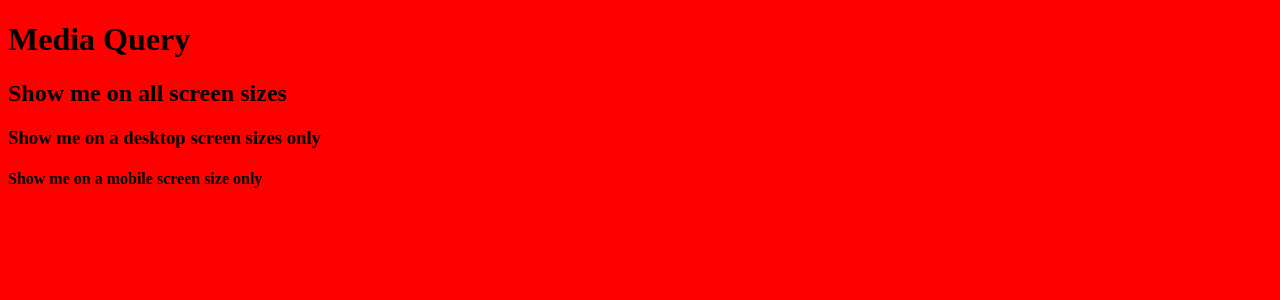
Repository: UnegbuAbigail/3-columns-cards
Page: mediaquery.html
These files come from the project's save history. The page is drawn as it stood at one moment and after the next save; the edit follows.
The browser window is 1280 px wide. The pictures show the whole page.

Above is the page before, as saved 2024-08-03 15:34:49.

### mediaquery.html
<!DOCTYPE html>
<html lang="en">
<head>
    <meta charset="UTF-8">
    <meta name="viewport" content="width=device-width, initial-scale=1.0">
    <title>mediaquery.html</title>
    <link rel="stylesheet" href="mediaquery.css">
</head>
<body>
    <main>
        <h1>Media Query</h1>
        <h2>Show me on all screen sizes</h2>
        <h3>Show me on a desktop screen sizes only</h3>
        <h4>Show me on a mobile screen size only</h4>
    </main>


</body>
</html>

### mediaquery.css
body{
    background-color: red;
}



/* max-width */
/* @media(max-width:768px){
body{
    background-color: pink;
}
}
@media(max-width:425px){
body{
    background-color: blue;
}
}
@media(max-width:375px){
body{
    background-color: purple;
}
} */
/* min-width */
/* @media(min-width:425px){
body{
    background-color: green;
}
}
@media(min-width:768px){
body{
    background-color: blue;
}
}
@media(min-width:1024px){
body{
    background-color: purple;
}
} */


*/

h4{
    display: none;
}

section{
    display: flex;
    justify-content: space-between;
}

@media(max-width:428px){
h3{
    display: none;
    /* visibility: hidden; */
}
h4{
    display: block;
}
section{
    flex-direction: column;
}

After the next save:
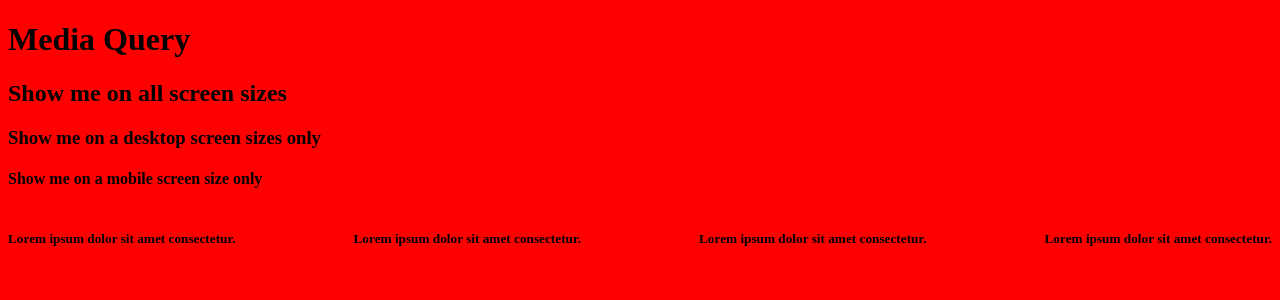
Saved 24 s later.
--- a/mediaquery.html
+++ b/mediaquery.html
@@ -14,6 +14,14 @@
         <h4>Show me on a mobile screen size only</h4>
     </main>
 
+    <section>
+        <h5>Lorem ipsum dolor sit amet consectetur.</h5>
+        <h5>Lorem ipsum dolor sit amet consectetur.</h5>
+        <h5>Lorem ipsum dolor sit amet consectetur.</h5>
+        <h5>Lorem ipsum dolor sit amet consectetur.</h5>
+        <!-- <h5>Lorem ipsum dolor sit amet consectetur.</h5>
+        <h5>Lorem ipsum dolor sit amet consectetur.</h5> -->
+    </section>
 
 </body>
 </html>
